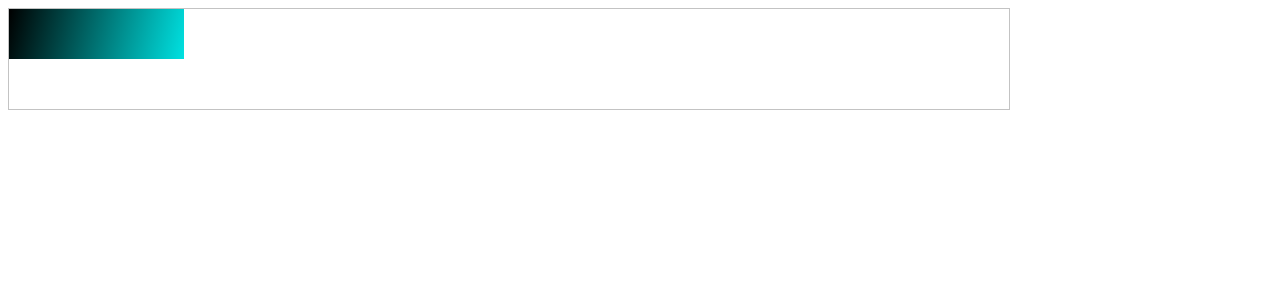
Repository: YukiXueyan/moquWebsite
Page: html/渐变.html
An editor plug-in stored every save of this project. The page is shown before and after the next save, followed by the edit.
The browser window is 1280 px wide. The pictures show the whole page.

Above is the page before, as saved 2020-07-05 15:43:15.

### html/渐变.html
<!DOCTYPE HTML>
<html>
<body>

<canvas id="myCanvas" width="1000" height="100" style="border:1px solid #c3c3c3;">
Your browser does not support the canvas element.
</canvas>


<script type="text/javascript">

var c=document.getElementById("myCanvas");
var cxt=c.getContext("2d");
var grd=cxt.createLinearGradient(0,0,200,50);
grd.addColorStop(0,"#000000");
grd.addColorStop(1,"#00FFff");
cxt.fillStyle=grd;
cxt.fillRect(0,0,175,50);

</script>

</body>
</html>

After the next save:
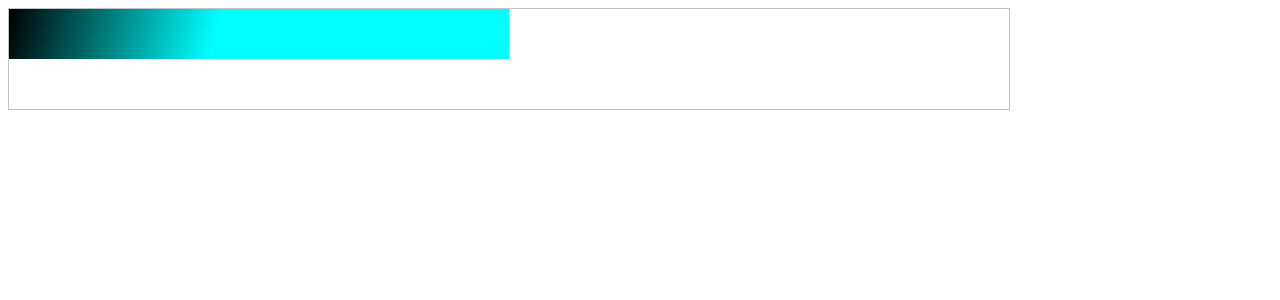
Saved 11 s later.
--- a/html/渐变.html
+++ b/html/渐变.html
@@ -15,7 +15,7 @@ var grd=cxt.createLinearGradient(0,0,200,50);
 grd.addColorStop(0,"#000000");
 grd.addColorStop(1,"#00FFff");
 cxt.fillStyle=grd;
-cxt.fillRect(0,0,175,50);
+cxt.fillRect(0,0,500,50);
 
 </script>
 
